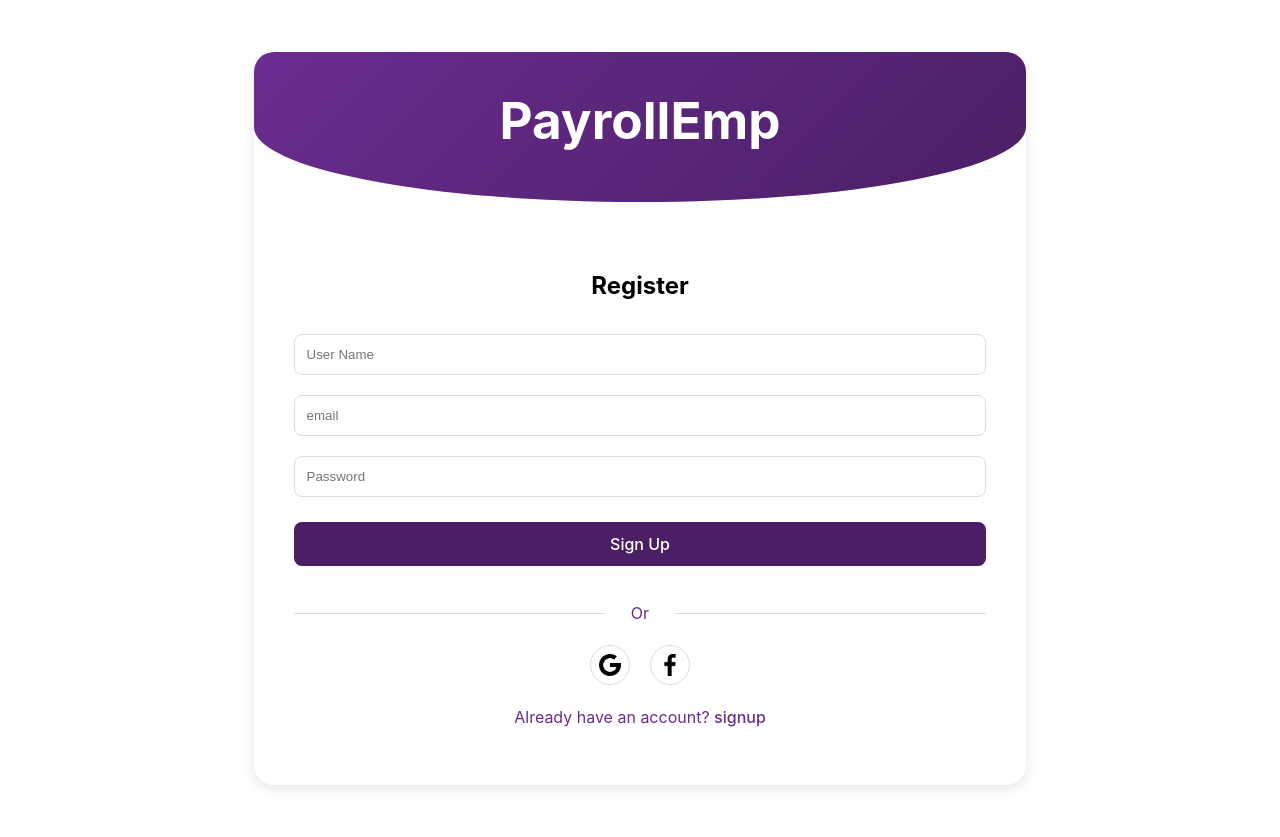
Repository: nino-pixel/payrolllatest
Page: /signup (app in web_vue/)
An editor plug-in stored every save of this project. The page is shown before and after the next save, followed by the edit.
The browser window is 1280 px wide. The pictures show the whole page.
The project was rebuilt for these pictures with package versions that can differ from the ones it lists, and the page was loaded fresh each time. Also part of the build but not shown: web_vue/vite.config.js, web_vue/src/components/login_page.vue.

Above is the page before, as saved 2024-12-18 19:58:43.

After the next save:
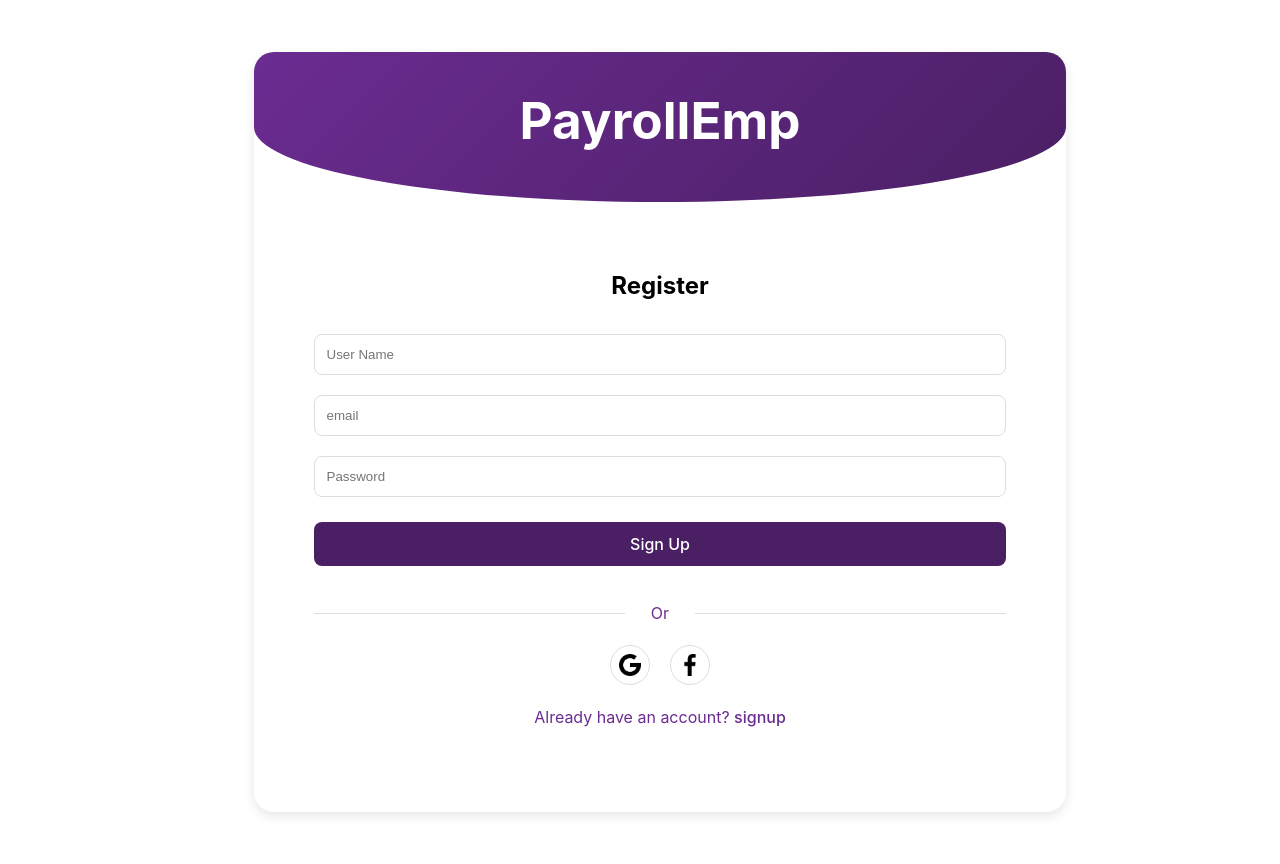
Saved 10 s later.
--- a/web_vue/src/App.vue
+++ b/web_vue/src/App.vue
@@ -16,22 +16,5 @@ export default {
 }
 </script>
 <style scoped>
-* {
-    margin: 0;
-    padding: 0;
-    box-sizing: border-box;
-}
 
-body, html {
-    height: 100%;
-    width: 100%;
-    margin: 0;
-    padding: 0;
-    overflow-x: hidden;
-}
-
-#app {
-    min-height: 100vh;
-    width: 100%;
-}
 </style>
